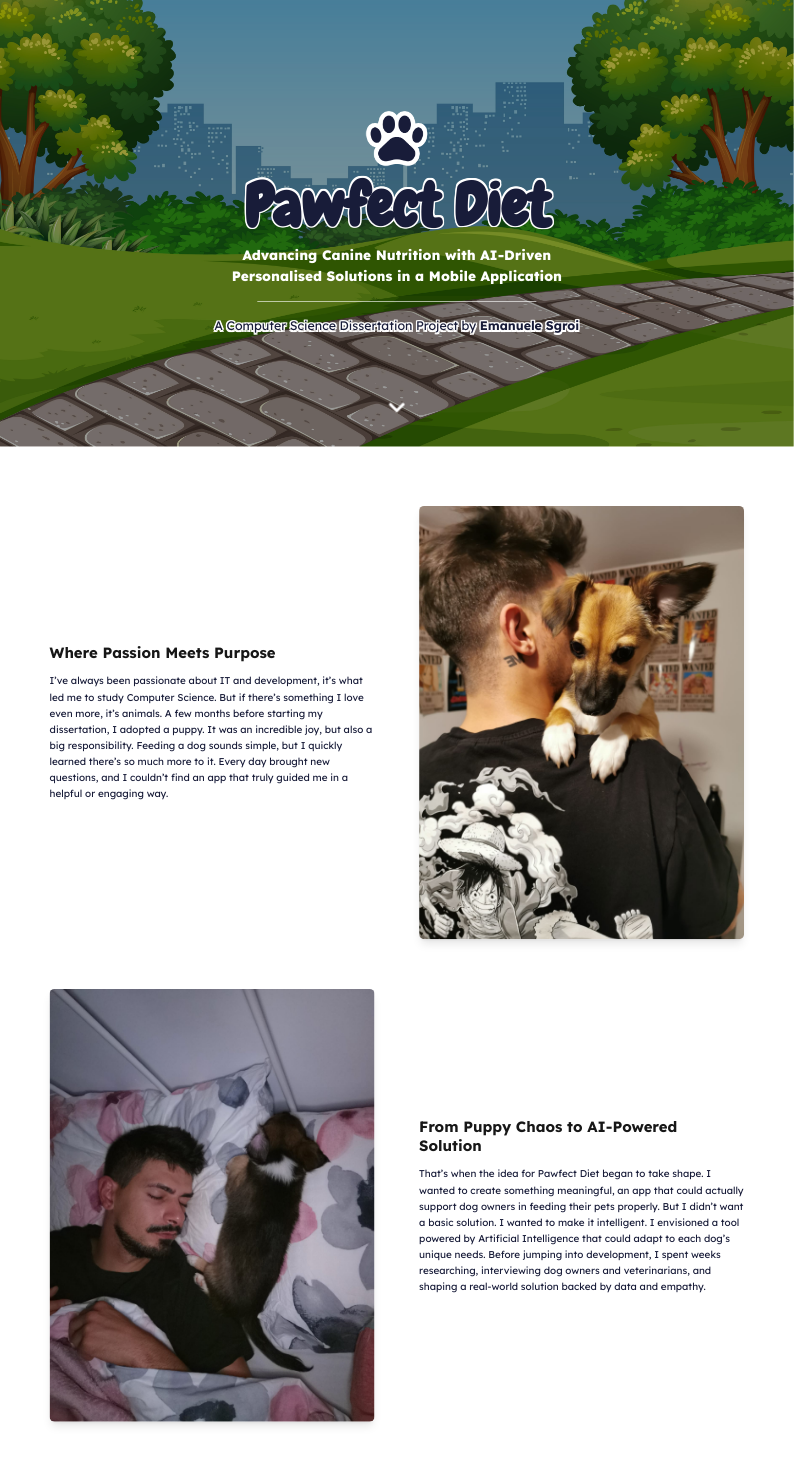
Repository: Emanuele-Sgroi/Pawfect-Diet-App-Showcase
Page: /
These files come from the project's save history. The page is drawn as it stood at one moment and after the next save; the edit follows.
The browser window is 1280 px wide. The pictures show the whole page, at 62% of full size.
The project was rebuilt for these pictures with package versions that can differ from the ones it lists, and the page was loaded fresh each time. The framework's server and built-in components were replaced by stand-ins that run in the browser. Also part of the build but not shown: next.config.mjs.

Above is the page before, as saved 2025-04-18 16:11:27.

After the next save:
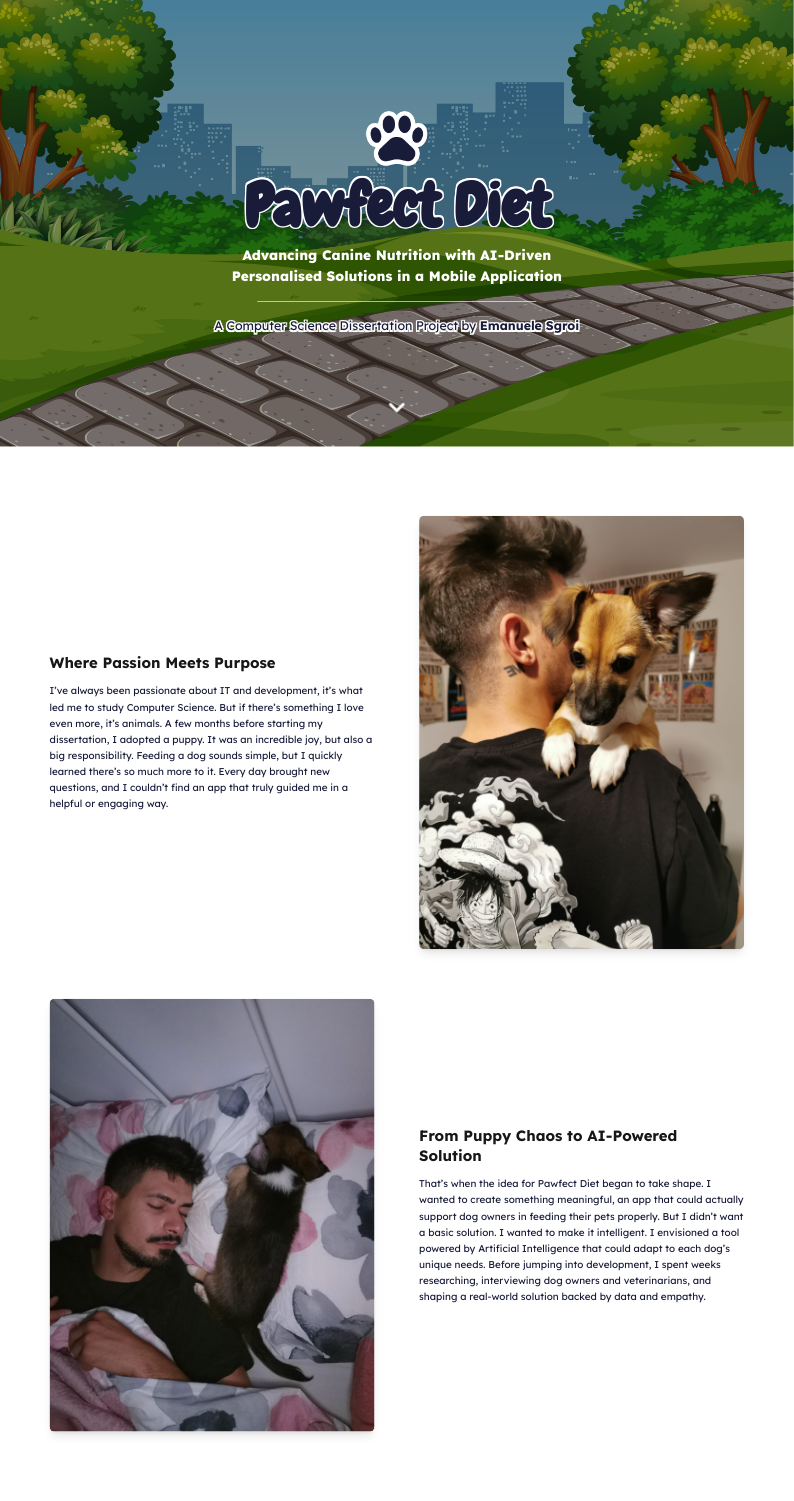
Saved 10 s later.
--- a/src/app/page.js
+++ b/src/app/page.js
@@ -6,7 +6,7 @@
   return (
     <main>
       <HeroSection />
-      <section id="about" className="min-h-screen px-6 py-12 md:py-24 bg-white">
+      <section id="about" className="min-h-screen px-6 py-12 md:py-28 bg-white">
         <div className="max-w-6xl mx-auto">
           <AboutSectionBlock
             title="Where Passion Meets Purpose"
